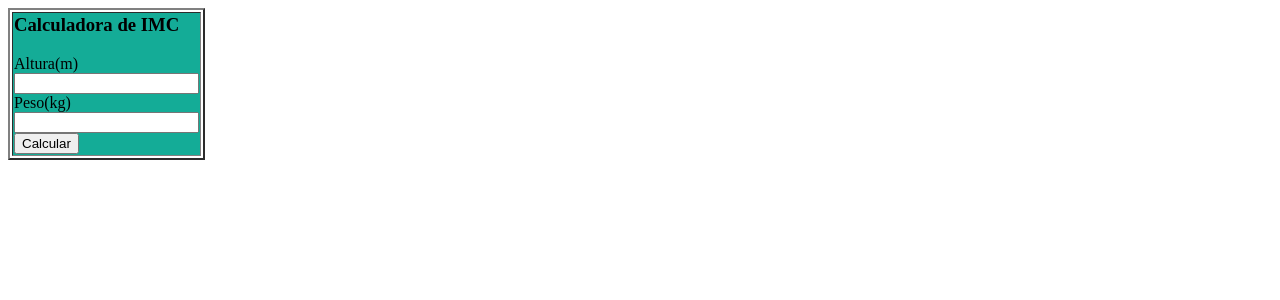
Repository: Patriciamativi/Projetos
Page: index.html
The author's editor kept a copy of each file at every save. The page is drawn from the files as they stood at one save, then again after the next save.
The browser window is 1280 px wide. The pictures show the whole page.

Above is the page before, as saved 2022-11-21 14:39:26.

### index.html
<html>
    <head>
        <title>Calculadora de IMC</title>
        <meta charset="utf-8"/>

        <style type="text/css">

            p {
                border: 2px solid green;
                border-radius: 5px;
            }
            td {

                background-color: rgb(20, 172, 151);
            }

        </style>
    </head>
<table border="2">
    <body>
         <tr>
            <td><h3>Calculadora de IMC</h3>
            Altura(m)<br/>
            <input type: "number" > </br>
            Peso(kg)<br/>
            <input type: "number" > </br>
            <input type= "submit" value="Calcular"></td></tr>

    </table>
</body>
</html>

After the next save:
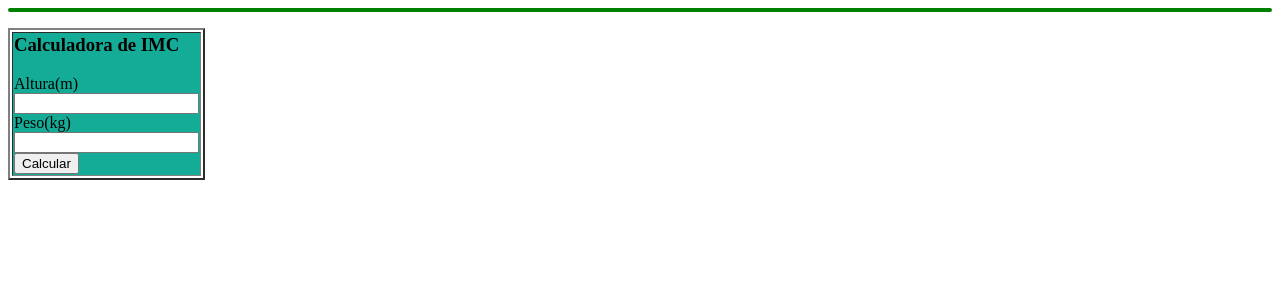
Saved 13 s later.
--- a/index.html
+++ b/index.html
@@ -16,6 +16,7 @@
 
         </style>
     </head>
+    <p></p>
 <table border="2">
     <body>
          <tr>
